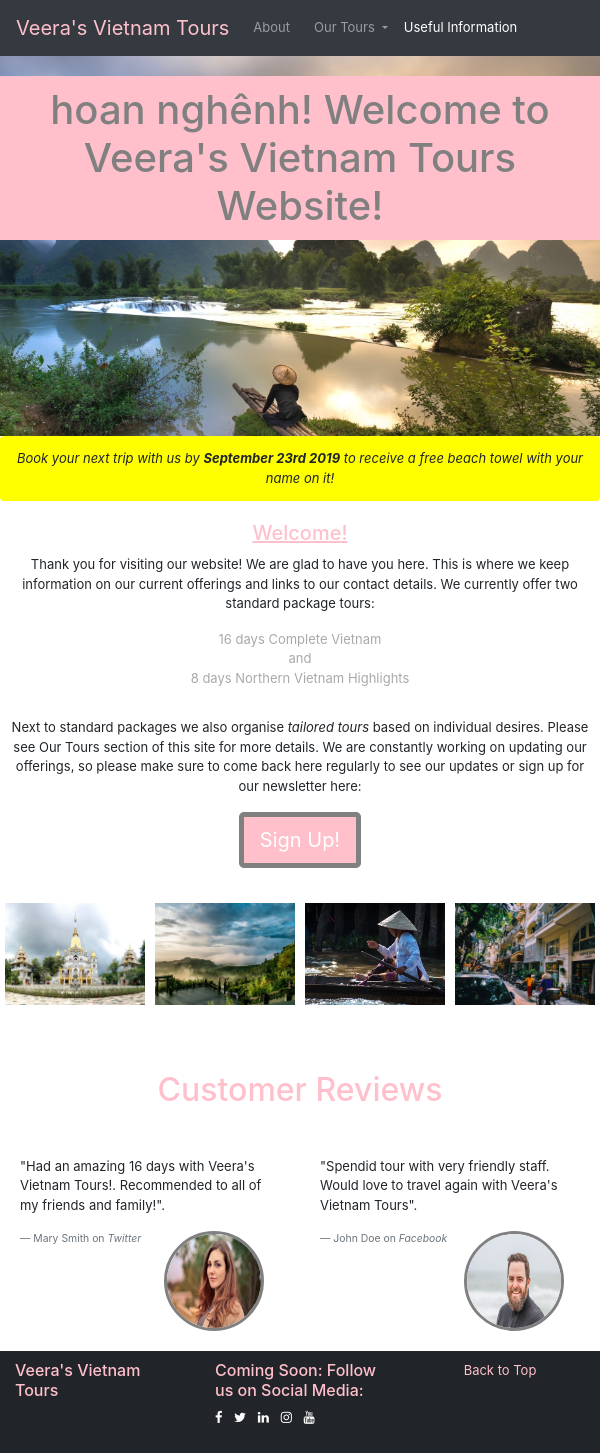
Repository: VAhola/VietnamTour
Page: index.html
The author's editor kept a record of every edit. The page is drawn from the files as they stood at one moment, then again after the next edit.
The browser window is 600 px wide. The pictures show the whole page.

Above is the page before.

After the next edit:
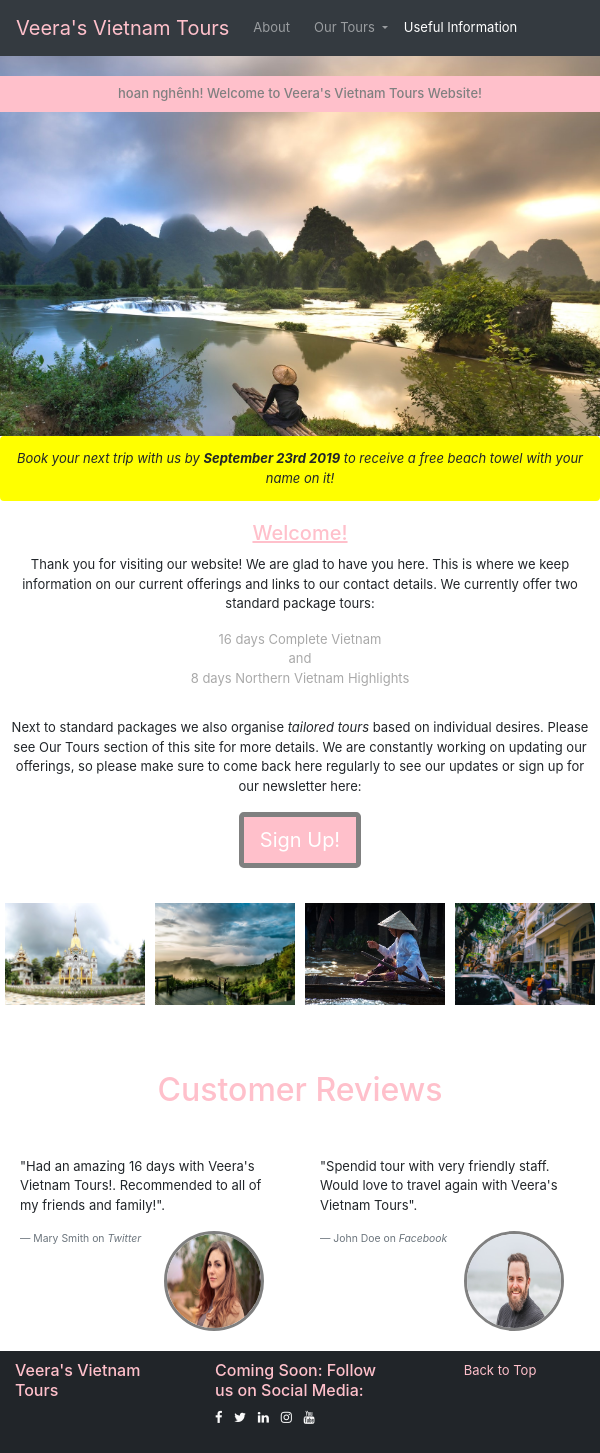
The edit:
--- a/style.css
+++ b/style.css
@@ -360,6 +360,9 @@
     display:inline;
     font-size:smaller;
     }
+    h1{
+    font-size:small;
+    }
     img.map_right {
     border: 1px solid #ddd;
     border-radius: 4px;
